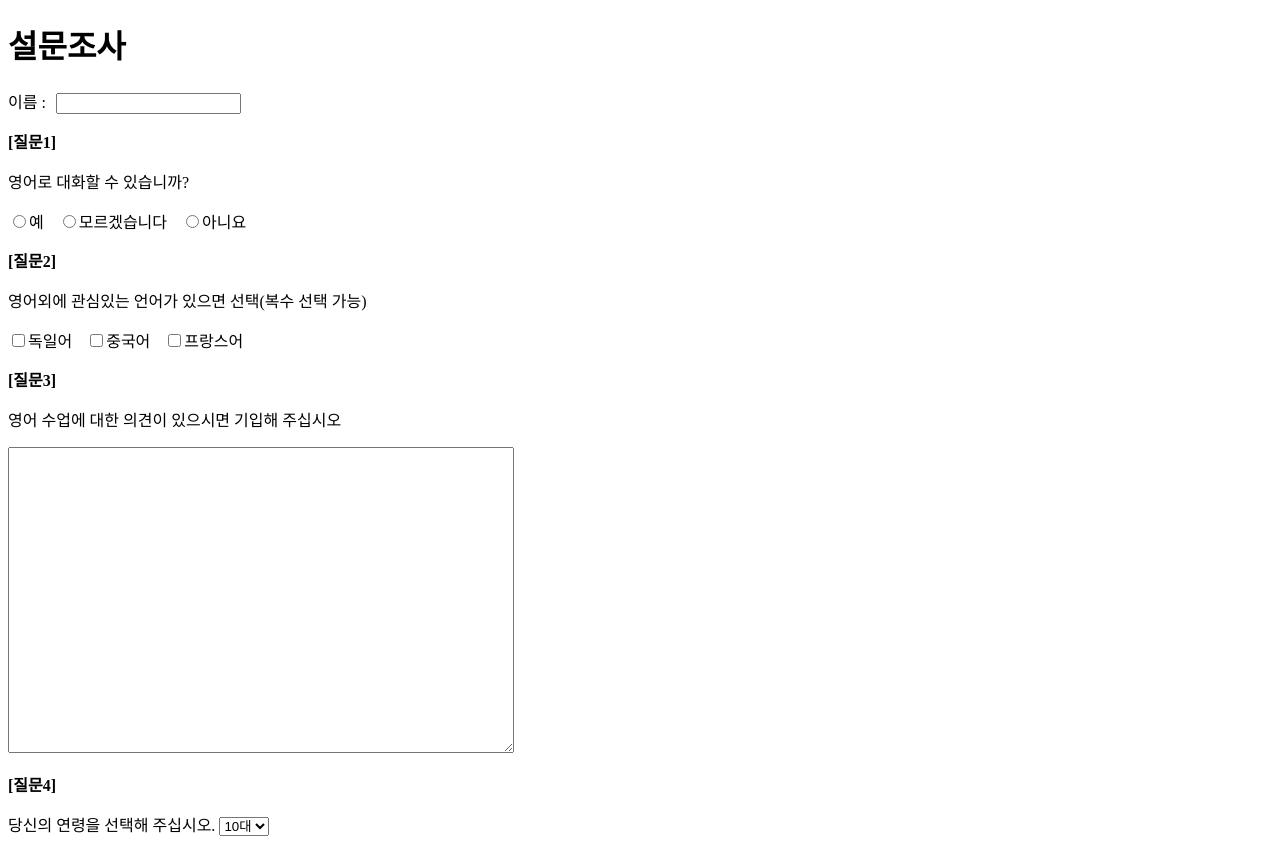
Repository: Jv2020/bitcamp
Page: html/sample05/WebContent/test02.html
The author's editor kept a copy of each file at every save. The page is drawn from the files as they stood at one save, then again after the next save.
The browser window is 1280 px wide. The pictures show the whole page.

Above is the page before, as saved 2020-01-03 07:34:05.

### html/sample05/WebContent/test02.html
<!DOCTYPE html>
<html>
<head>
<meta charset="UTF-8">
<title>Insert title here</title>

<style>
em {display:block; font-weight:bold; font-style:normal; margin-top:15px;}
ul {padding:0;}
ul li {list-style:none; margin:10px 0;}
ul li p {}
ul li span {display:inline-block; margin-right:10px;}
ul li textarea {width:500px; height:300px;}
</style>
</head>
<body>

<h1>설문조사</h1>
<form>
	<ul>
		<li><span>이름 :</span><input type="text"></li>
		<li><em>[질문1]</em></li>
		<li><p>영어로 대화할 수 있습니까?</p></li>
		<li>
			<input type="radio" name="english" value="예" ><span>예</span>
			<input type="radio" name="english" value="모르겠습니다" ><span>모르겠습니다</span>
			<input type="radio" name="english" value="아니요" ><span>아니요</span>
		<li>
		<li><em>[질문2]</em></li>
		<li><p>영어외에 관심있는 언어가 있으면 선택(복수 선택 가능)</p></li>
		<li>
			<input type="checkbox" value="예" ><span>독일어</span>
			<input type="checkbox" value="모르겠습니다" ><span>중국어</span>
			<input type="checkbox" value="아니요" ><span>프랑스어</span>
		<li>
		<li><em>[질문3]</em></li>
		<li><p>영어 수업에 대한 의견이 있으시면 기입해 주십시오</p></li>
		<li>
			<textarea></textarea>
		<li>
		<li><em>[질문4]</em></li>
		<li>
			<p>당신의 연령을 선택해 주십시오.
				<select name="age">
					<option value="10대">10대</option>
					<option value="20대">20대</option>
					<option value="30대">30대</option>
					<option value="40대">40대</option>
					<option value="50대">50대</option>
					<option value="60대">60대</option>
					<option value="70대">70대</option>
					<option value="80대">80대</option>
					<option value="90대">90대</option>
				</select>
			</p>
		</li>
	</ul>
</form>

</body>
</html>

After the next save:
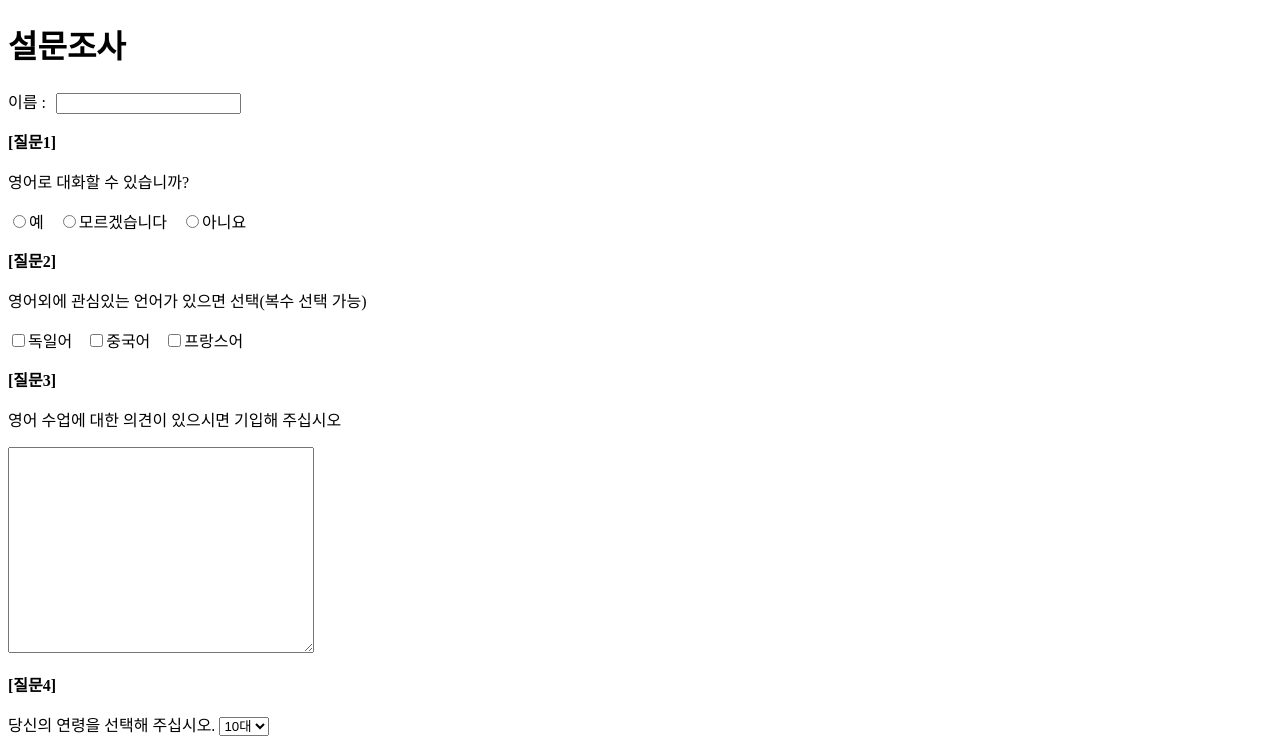
Saved 11 s later.
--- a/html/sample05/WebContent/test02.html
+++ b/html/sample05/WebContent/test02.html
@@ -10,7 +10,7 @@ ul {padding:0;}
 ul li {list-style:none; margin:10px 0;}
 ul li p {}
 ul li span {display:inline-block; margin-right:10px;}
-ul li textarea {width:500px; height:300px;}
+ul li textarea {width:300px; height:200px;}
 </style>
 </head>
 <body>
